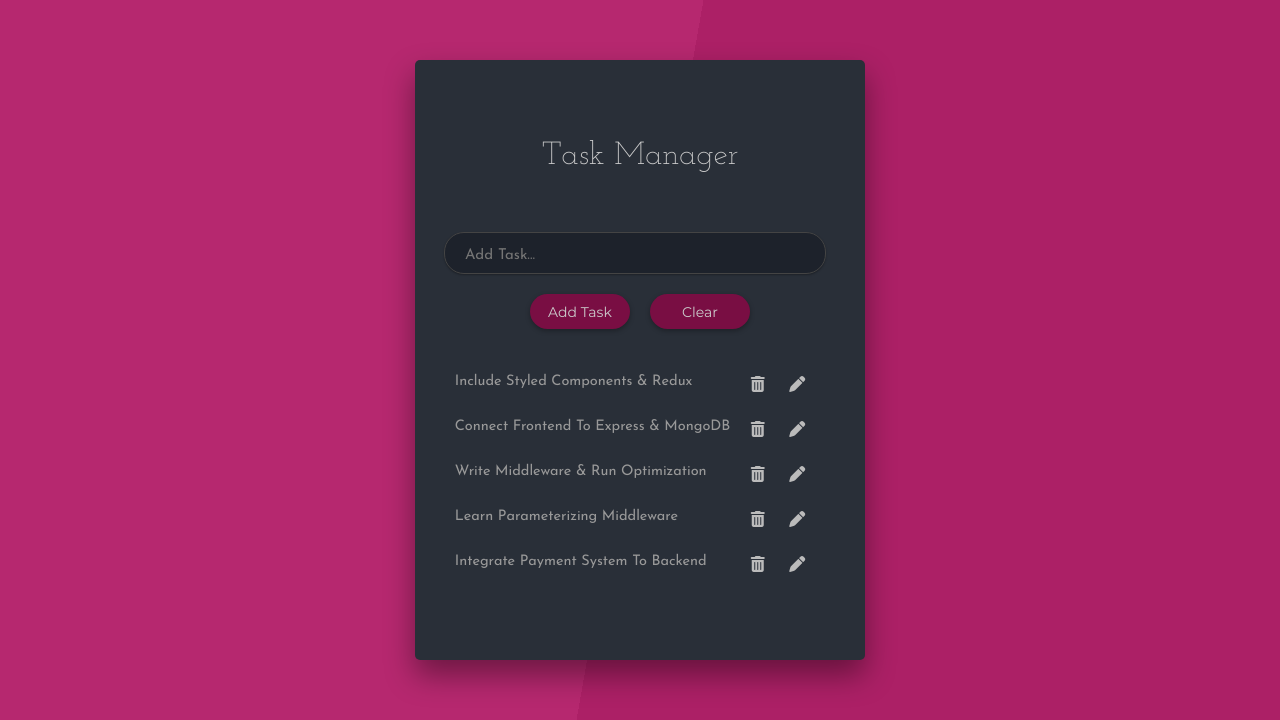
Repository: Kol124/react-task-manager
Page: /
These files come from the project's save history. The page is drawn as it stood at one moment and after the next save; the edit follows.
The browser window is 1280 px wide. The pictures show the whole page.
Some web libraries are served in a nearby version. The project was rebuilt for these pictures with package versions that can differ from the ones it lists, and the page was loaded fresh each time.

Above is the page before, as saved 2021-06-22 18:22:27.

After the next save:
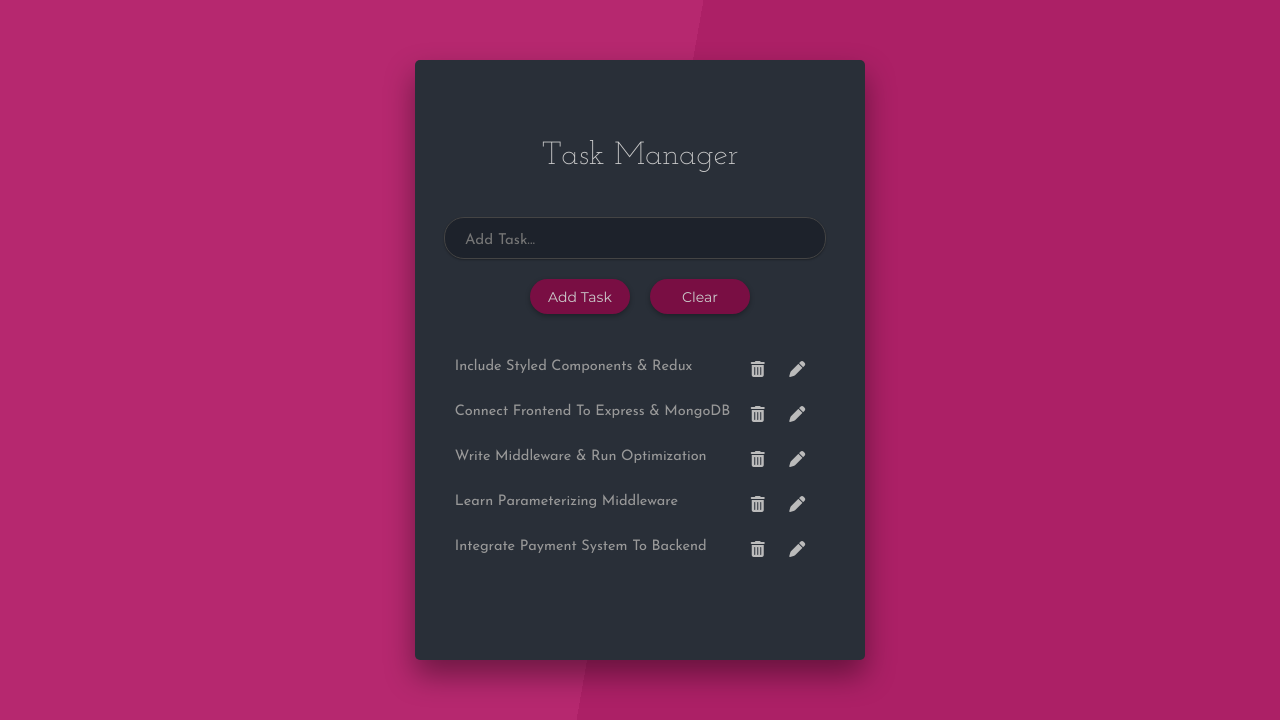
Saved 2 min 57 s later.
--- a/src/App.css
+++ b/src/App.css
@@ -29,7 +29,7 @@
   color: #ccc;
   font-weight: 300;
   text-align: center;
-  margin: 50px 20px 60px 20px;
+  margin: 50px 20px 45px 20px;
   font-family: "Josefin Slab", serif;
 }
 
@@ -59,7 +59,7 @@
 
 /* width */
 ::-webkit-scrollbar {
-  width: 10px;
+  width: 7px;
 }
 
 /* Track */
